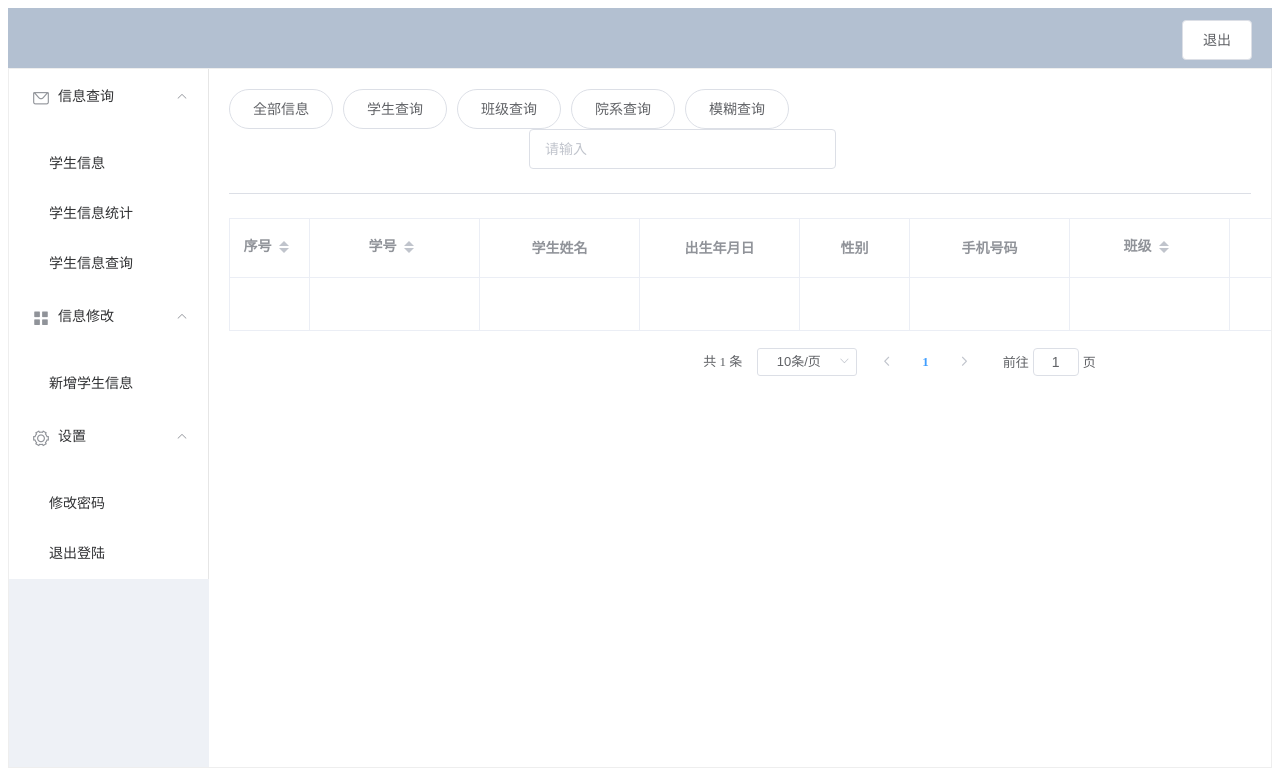
Repository: zhu-jun-xian/Student_information_management_system
Page: /selectstudent (app in front_end/front_end/)
The author's editor kept a copy of each file at every save. The page is drawn from the files as they stood at one save, then again after the next save.
The browser window is 1280 px wide. The pictures show the whole page.
The page's requests for data from a server got no answer. The project was rebuilt for these pictures with package versions that can differ from the ones it lists, and the page was loaded fresh each time. No one was signed in, and anything a server would have sent is missing. Also part of the build but not shown: front_end/front_end/src/components/login.vue, front_end/front_end/src/components/User/Sumstudent.vue, front_end/front_end/src/components/register.vue.

Above is the page before, as saved 2020-11-25 20:02:43.

### front_end/front_end/index.html
<!DOCTYPE html>
<html>

<head>
    <meta charset="utf-8">
    <meta name="viewport" content="width=device-width,initial-scale=1.0">
    <script src="https://unpkg.com/axios/dist/axios.min.js"></script>
    <title>学生信息管理系统</title>
</head>

<body>

    <div id="app"></div>
    <!-- <img src="./static/background.jpg" alt=""> -->
    <!-- built files will be auto injected -->
    <style>
        #app {
            z-index: 1;
        }

        img {
            z-index: -2;
            width: 100%
        }
    </style>
</body>

</html>

### front_end/front_end/src/App.vue
<template>
  <div id="app">

  <router-view/>
  </div>
</template>
<script>

export default {
  data(){
    return {

    }
  }

}
</script>

### front_end/front_end/src/components/User/selectstudent.vue
<template>
  <div class="hello">
    <div>
      <!-- <el-button round @click="sumstudent">合计</el-button> -->
      <el-button round @click="selectAll">全部信息</el-button>
      <el-button round @click.native="selectnumVisible=true">学生查询</el-button>
      <el-button round @click.native="selectclassVisible=true">班级查询</el-button>
      <el-button round @click.native="selectgendVisible=true">院系查询</el-button>
      <el-button round @click.native="selectfuzzyVisible=true">模糊查询</el-button>
      <el-input v-model="search1" placeholder="请输入" style="width:30%;padding-left:300px"  @keydown.enter.native="validateCounts">
      </el-input>
      <el-divider></el-divider>
    </div>
    <el-container>

      <div>
        <el-table border class="el-table-column" :data="stuData.slice((currentPage-1)*pageSize,currentPage*pageSize)"
          :default-sort="{prop: 'date', order: 'descending'}" style="width: 100%" @row-click="rowclick">
          <el-table-column align="center" header-align="center" prop="stuNum" label="序号" width="80%" sortable>
          </el-table-column>
          <el-table-column align="center" header-align="center" prop="stuID" label="学号" width="170%" sortable>
          </el-table-column>
          <el-table-column align="center" header-align="center" prop="stuName" label="学生姓名" width="160%">
          </el-table-column>
          <el-table-column align="center" header-align="center" prop="stuBirth" label="出生年月日" width="160%">
          </el-table-column>
          <el-table-column align="center" header-align="center" prop="stuSex" label="性别" width="110%"></el-table-column>
          <el-table-column align="center" header-align="center" prop="stuTel" label="手机号码" width="160%">
          </el-table-column>
          <el-table-column align="center" header-align="center" prop="stuClass" label="班级" width="160%" sortable>
          </el-table-column>
          <el-table-column align="center" header-align="center" prop="stuDep" label="系部" width="160%" sortable>
          </el-table-column>
          <el-table-column align="center" header-align="center" label="操作" width="180%">
            <el-button size="mini" type="primary" icon="el-icon-edit" circle @click.native="UpdateVisible = true"></el-button>

            <el-button size="mini" type="danger" icon="el-icon-delete" circle @click.native.prevent="deleteRow()"></el-button>
          </el-table-column>
        </el-table>
        <div class="block" style="margin-top:15px;">
          <el-pagination align='center' @size-change="handleSizeChange" @current-change="handleCurrentChange"
            :current-page="currentPage" :page-sizes="[5,10,20,50]" :page-size="pageSize"
            layout="total, sizes, prev, pager, next, jumper" :total="stuData.length">
          </el-pagination>
        </div>
      </div>

    </el-container>


    <el-dialog title="修改学生信息" :visible.sync="UpdateVisible" width="35%">

      <el-form ref="Updateform" :model="Updateform" label-width="100px">
        <el-form-item label="学号">
                      <el-input v-model="rowID" plain disabled></el-input>
                    </el-form-item>
        <el-form-item label="学生姓名" prop="name">
          <el-input v-model="Updateform.name"></el-input>
        </el-form-item>

        <el-form-item label="出生年月" prop="time">
                      <el-input v-model="Updateform.time" placeholder="20200501"></el-input>
        </el-form-item>
          <el-form-item label="性别" prop="sex">
                     <el-select v-model="Updateform.sex" placeholder="请选择" style="width:100%" >
                         <el-option label="男" value="男"></el-option>
                         <el-option label="女" value="女"></el-option>
                       </el-select>
                    </el-form-item>
        <el-form-item label="手机号码" prop="tel">
          <el-input v-model="Updateform.tel"></el-input>
        </el-form-item>
        <el-form-item label="班级" prop="classnumber">
          <el-input v-model="Updateform.classnumber"></el-input>
        </el-form-item>
        <el-form-item label="系部" prop="department">
          <el-select v-model="Updateform.department" placeholder="请选择" style="width:100%" >
                        <el-option label="智能制造学部" value="智能制造学部"></el-option>
                        <el-option label="土木工程学院" value="土木工程学院"></el-option>
                        <el-option label="经济管理学院" value="经济管理学院"></el-option>
                        <el-option label="外国语学院" value="外国语学院"></el-option>
                        <el-option label="艺术设计学院" value="艺术设计学院"></el-option>
          </el-select>
        </el-form-item>
        <el-form-item>
          <el-button type="primary" @click="updateusermessage">确认</el-button>
          <el-button @click="resetForm('Updateform')">清空</el-button>
        </el-form-item>
      </el-form>
    </el-dialog>

    <el-dialog title="选择院系" :visible.sync="selectgendVisible" width="30%">
      <el-form :inline="true" :model="selectgendForm" class="selectgendForm_demo">
        <el-form-item label="系部：" prop="selectgendacademy">
          <el-select v-model="selectgendForm.selectgendacademy" placeholder="请选择">
            <el-option label="智能制造学部" value="智能制造学部"></el-option>
            <el-option label="土木工程学院" value="土木工程学院"></el-option>
            <el-option label="经济管理学院" value="经济管理学院"></el-option>
            <el-option label="外国语学院" value="外国语学院"></el-option>
            <el-option label="艺术设计学院" value="艺术设计学院"></el-option>
          </el-select>
        </el-form-item>
        <el-form-item>
          <el-button type="primary" @click="selectgendSubmit">查询</el-button>
        </el-form-item>
      </el-form>
    </el-dialog>

    <el-dialog title="输入班级" :visible.sync="selectclassVisible" width="30%">
      <el-form :inline="true" :model="selectclassForm" class="selectclassForm_demo">
        <el-form-item label="班级">
          <el-input v-model="selectclassForm.selectclass"></el-input>
        </el-form-item>
        <el-form-item>
          <el-button type="primary" @click="selectclassSubmit">查询</el-button>
        </el-form-item>
      </el-form>
    </el-dialog>

    <el-dialog title="输入学号" :visible.sync="selectnumVisible" width="30%">
      <el-form :inline="true" :model="selectnumForm" class="selectnumForm_demo">
        <el-form-item label="学号">
          <el-input v-model="selectnumForm.selectnum"></el-input>
        </el-form-item>
        <el-form-item>
          <el-button type="primary" @click="selectnumSubmit">查询</el-button>
        </el-form-item>
      </el-form>
    </el-dialog>

    <el-dialog title="模糊查询" :visible.sync="selectfuzzyVisible" width="30%">
      <el-form :inline="true" :model="selectfuzzyForm" class="selectfuzzyForm_demo">
        <el-form-item label="姓名">
          <el-input v-model="selectfuzzyForm.fuzzyname"></el-input>
        </el-form-item>
        <el-form-item label="学号">
          <el-input v-model="selectfuzzyForm.fuzzynum"></el-input>
        </el-form-item>
        <el-form-item label="班级">
          <el-input v-model="selectfuzzyForm.fuzzyclass"></el-input>
        </el-form-item>
          <el-form-item label="性别" prop="fuzzysex">
            <el-select v-model="selectfuzzyForm.fuzzysex" placeholder="请选择" style="width:100%" >
                <el-option label="男" value="男"></el-option>
                <el-option label="女" value="女"></el-option>
            </el-select>
          </el-form-item>

        <el-form-item label="系部：" prop="fuzzyacademy">
          <el-select v-model="selectfuzzyForm.fuzzyacademy" placeholder="请选择">
            <el-option label="智能制造学部" value="智能制造学部"></el-option>
            <el-option label="土木工程学院" value="土木工程学院"></el-option>
            <el-option label="经济管理学院" value="经济管理学院"></el-option>
            <el-option label="外国语学院" value="外国语学院"></el-option>
            <el-option label="艺术设计学院" value="艺术设计学院"></el-option>
          </el-select>
        </el-form-item>
        <el-form-item>
          <el-button type="primary" @click="selectgendSubmit">查询</el-button>
        </el-form-item>
      </el-form>
    </el-dialog>



  </div>
</template>

<script>
  // import selectstudent from '@/components/User/selectstudent'
  export default {

    data() {
      return {
        rowID: '',
        search: '',
        search1: '',
        stuData: [{
          stuNum: '',
          stuID: '',
          stuName: '',
          stuBirth: '',
          stuSex: '',
          stuTel: '',
          stuClass: '',
          stuDep: '',
        }],
        currentPage: 1,
        pageSize: 10,
        ifimg: true,
        tabPosition: 'left',
        // dialogVisible: false,
        UpdateVisible: false, //控制对话框的显示和隐藏
        selectgendVisible: false,
        selectclassVisible: false,
        selectnumVisible: false,
        selectfuzzyVisible:false,
        dialog: false,
        imageUrl: '',
        Updateform: {
          studentnumber: "",
          name: "",
          time: "",
          sex: "",
          tel: "",
          classnumber: "",
          department: "",
        },
        selectgendForm: {
          selectgendacademy: "",
        },
        selectclassForm: {
          selectclass: "",
        },
        selectnumForm: {
          selectnum: "",

        },
        selectfuzzyForm:{
          fuzzynum:"",
          fuzzyname:"",
          fuzzyclass:"",
          fuzzysex:"",
          fuzzyacademy:"",
        },


      };
    },


    methods: {
      sumstudent(){
        this.$router.push({
                    path: "/Sumstudent",
                });
      },
      validateCounts() {
        console.log("搜索内容...",this.search1)
        axios({
          method: "post",
          url: "/api/SelectByStuAll",
          data: {
            stuID:this.search1,
            stuName:this.search1,
            stuSex:this.search1,
            stuTel:this.search1,
            stuBirth:this.search1,
            stuClass:this.search1,
            stuDep:this.search1

          }
        }).then(response => {
          console.log(response.data)
          this.currentPage = 1;
          let body = response.data;
          this.stuData = []
          this.stuData = body
          console.log(JSON.stringify(body));
        })
      },

      updateusermessage() {
        let stuid = this.rowID
        console.log("updateusermessage:" + stuid)
        if (this.Updateform.name.length == 0 || this.Updateform.time.length == 0 || this.Updateform.sex.length == 0 ||
          this.Updateform.tel.length == 0 || this.Updateform.classnumber.length == 0 || this.Updateform.department.length == 0 )
        {
        this.$message({
              message: "错误:存在空输入框，修改失败",
              center: true,
              offset: 50,
              type: "warning",
        });
  } else {
        axios({
          method: "post",
          url: "/api/updateMessagesById",
          data: {
            stuID: stuid,
            stuName: this.Updateform.name,
            stuBirth: this.Updateform.time,
            stuSex: this.Updateform.sex,
            stuTel: this.Updateform.tel,
            stuClass: this.Updateform.classnumber,
            stuDep: this.Updateform.department,
          }
        }).then(response => {
          this.UpdateVisible = false
          if (response.data == "ok") {
            alert("修改成功")
            axios({
              method: "get",
              url: "/api/findAll",
            }).then(response => {
              let body = response.data;
              this.stuData = body
            }).catch(err => {
              console.log("...err...", err)
            });
          }
        }).catch(err => {
          console.log("...err...", err)
        });
  }
      },



      //删除学生信息
      deleteRow() {
        let stuid = this.rowID
        console.log("deleteRow:" + stuid)
        axios({
          method: "post",
          url: "/api/deleteMessagesById",
          data: {
            stuID: stuid
          }
        }).then(response => {
          if (response.data == "ok") {
            this.$message({
                  type: "success",
                  message: "删除成功!",
                  duration: 1000,
                });
            axios({
              method: "get",
              url: "/api/findAll",
            }).then(response => {
              let body = response.data;
              this.stuData = body
            }).catch(err => {
              console.log("...err...", err)
            });
          }

        }).catch(err => {
          console.log("...err...", err)
        });
      },

      //获取一行的学号
      rowclick(row) {
        this.rowID = row.stuID
        console.log("rowclick:" + row.stuID)
        return row.stuID
      },


      handleClose(key, keyPath) {
        console.log(key, keyPath);
      },

      //清空表单
      resetForm(formName) {
        this.$refs[formName].resetFields();
      },

      //分页
      handleSizeChange(val) {
        console.log(`每页 ${val} 条`);
        this.currentPage = 1;
        this.pageSize = val;
      },
      handleCurrentChange: function (val) {
        this.currentPage = val;
      },

      selectAll() {
        axios({
          method: "get",
          url: "/api/findAll",
        }).then(response => {
          let body = response.data;
          this.stuData = body
        }).catch(err => {
          console.log("...err...", err)
        });
      },


      selectgendSubmit() {
        console.log("院系...",this.selectgendForm.selectgendacademy)
        axios({
          method: "post",
          url: "/api/SelectByStuDep",
          data: {
            stuDep: this.selectgendForm.selectgendacademy,
          }
        }).then(response => {
          this.selectgendVisible = false
          let body = response.data
          this.stuData = []
          this.stuData = body
        })
      },

      selectclassSubmit() {
        console.log("班级...",this.selectclassForm.selectclass)
        axios({
          method: "post",
          url: "/api/SelectByStuClass",
          data: {
            stuClass: this.selectclassForm.selectclass,
          }
        }).then(response => {
          this.selectclassVisible = false
          let body = response.data;
          this.stuData = []
          this.stuData = body
        })
      },

      //按照学号查询
      selectnumSubmit() {
        //
        console.log('学号...',this.selectnumForm.selectnum)
        axios({
          method: "post",
          url: "/api/getMessagesById",
          data: {
            stuID: this.selectnumForm.selectnum,
          }
        }).then(response => {
          this.selectnumVisible = false
          let body = response.data;
          this.stuData = [body]

        })
      },
    },
    //获取表格数据
    created() {
      var name = this.$route.query.username;
      console.log(name)
      this.username = name;
      axios({
        method: "get",
        url: "/api/findAll",
      }).then(response => {
        let body = response.data;
        this.stuData = body
      }).catch(err => {
        console.log("...err...", err)
      });
    },
  }

</script>


<!-- Add "scoped" attribute to limit CSS to this component only -->
<style>
  .el-header {
    background-color: #B3C0D1;
    color: #333;
    line-height: 60px;
  }

  .el-aside {
    color: #333;
  }

  .avatar-uploader .el-upload {
    border: 1px dashed #d9d9d9;
    border-radius: 6px;
    cursor: pointer;
    position: relative;
    overflow: hidden;
  }

  .avatar-uploader .el-upload:hover {
    border-color: #409EFF;
  }

  .avatar-uploader-icon {
    font-size: 28px;
    color: #8c939d;
    width: 178px;
    height: 178px;
    line-height: 178px;
    text-align: center;
  }

  .avatar {
    width: 178px;
    height: 178px;
    display: block;
  }
  .el-select .el-input {
    width: 100px;
  }
  .input-with-select .el-input-group__prepend {
    background-color: #fff;
  }
</style>

Loaded but not shown: front_end/front_end/src/router/index.js (46 lines, source omitted); front_end/front_end/src/main.js (20 lines, source omitted); front_end/front_end/src/components/user.vue (442 lines, source omitted); front_end/front_end/src/components/User/inforstudent.vue (290 lines, source omitted)

After the next save:
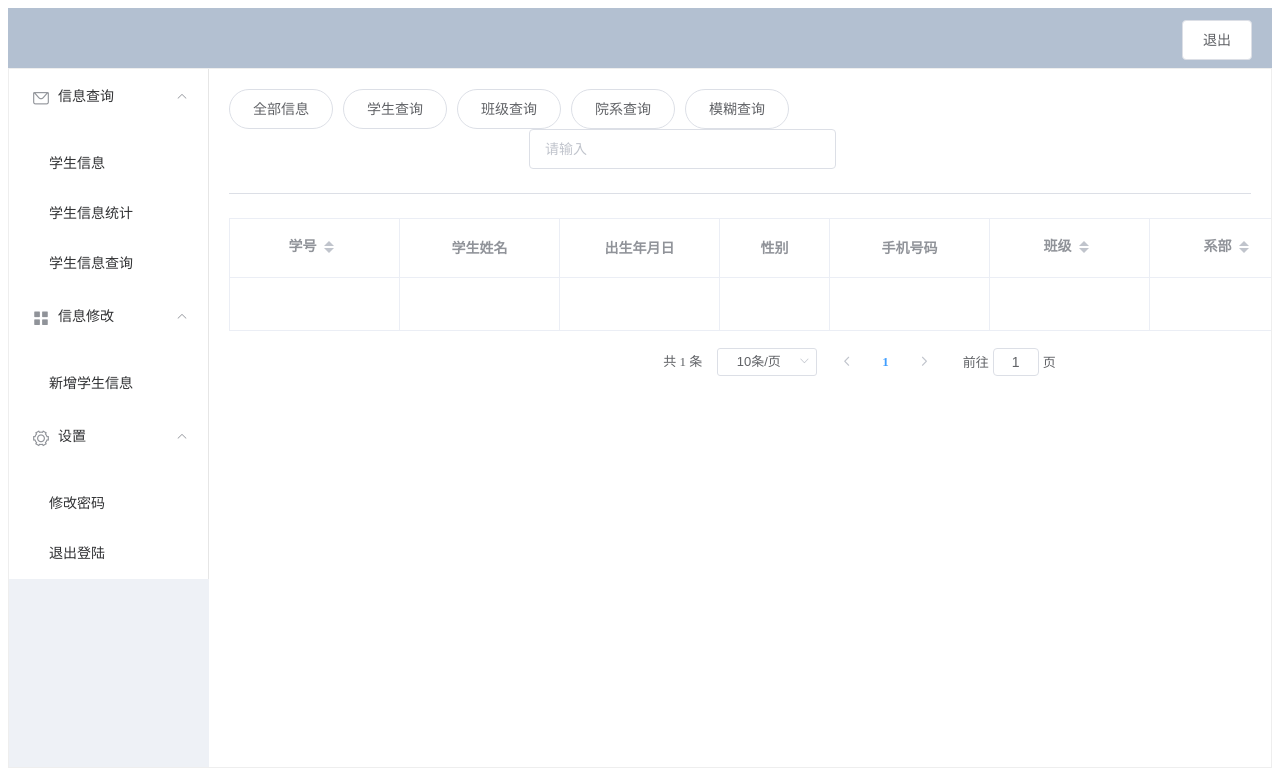
Saved 94 s later.
--- a/front_end/front_end/src/components/User/selectstudent.vue
+++ b/front_end/front_end/src/components/User/selectstudent.vue
@@ -16,8 +16,8 @@
       <div>
         <el-table border class="el-table-column" :data="stuData.slice((currentPage-1)*pageSize,currentPage*pageSize)"
           :default-sort="{prop: 'date', order: 'descending'}" style="width: 100%" @row-click="rowclick">
-          <el-table-column align="center" header-align="center" prop="stuNum" label="序号" width="80%" sortable>
-          </el-table-column>
+          <!-- <el-table-column align="center" header-align="center" prop="stuNum" label="序号" width="80%" sortable>
+          </el-table-column> -->
           <el-table-column align="center" header-align="center" prop="stuID" label="学号" width="170%" sortable>
           </el-table-column>
           <el-table-column align="center" header-align="center" prop="stuName" label="学生姓名" width="160%">
